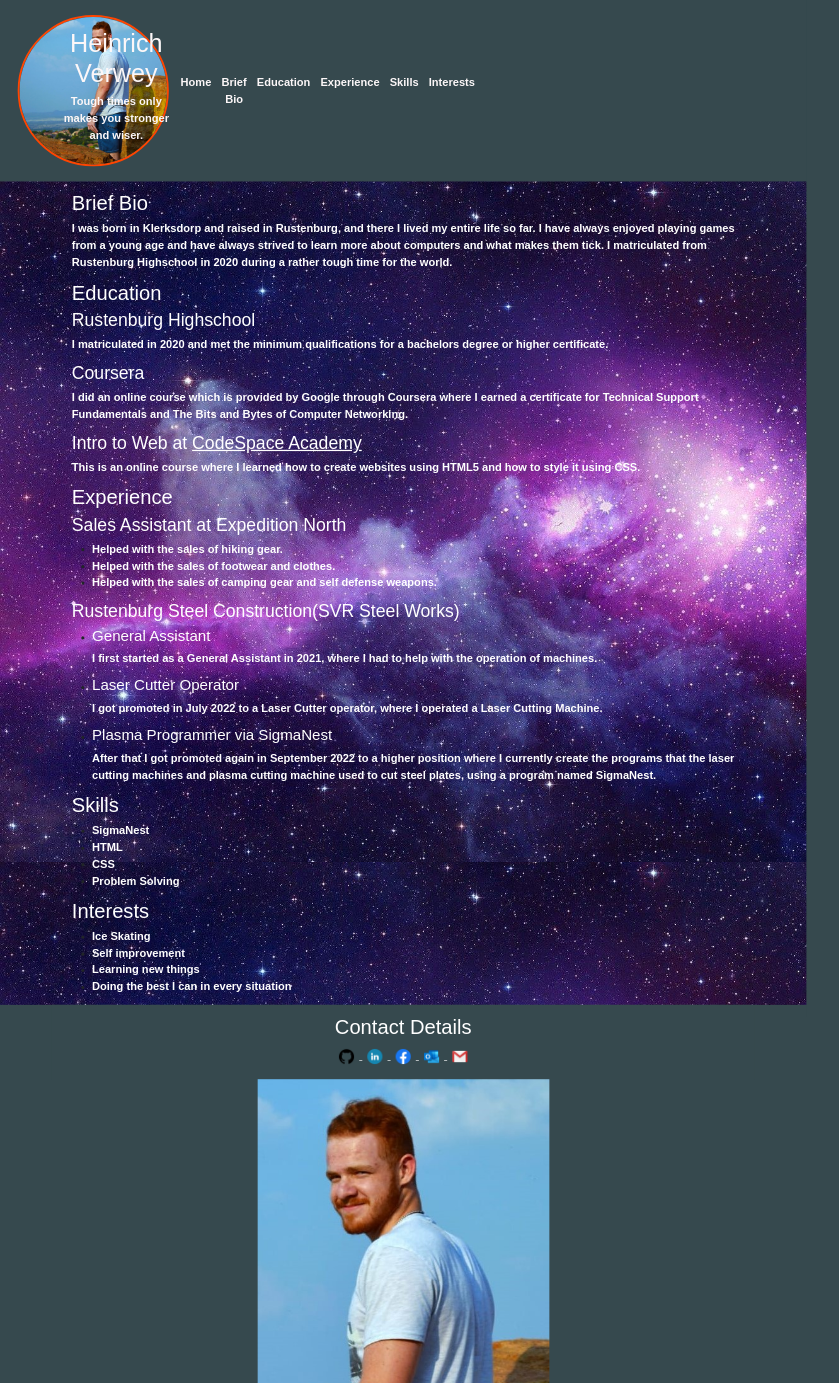
Repository: W3asl3y/IntroToWebDesign
Page: index.html
These files come from the project's save history. The page is drawn as it stood at one moment and after the next save; the edit follows.
The browser window is 1280 px wide. The page is 1280 px wide, then 1331 px, so the pictures cover 1331 px, including what lies to the right of the window. The pictures show the whole page, at 63% of full size.

Above is the page before, as saved 2022-12-09 15:29:11.

### index.html
<!DOCTYPE html>
<html lang="en">
    <head>
        <meta charset="UTF-8">
        <meta http-equiv="X-UA-Compatible" content="IE=edge">
        <meta name="viewport" content="width=device-width, initial-scale=1.0">

        <title>
            My Resume
        </title>

        <link rel="stylesheet" href="https://cdn.jsdelivr.net/npm/bootstrap@5.2.3/dist/css/bootstrap.min.css" integrity="sha384-rbsA2VBKQhggwzxH7pPCaAqO46MgnOM80zW1RWuH61DGLwZJEdK2Kadq2F9CUG65" crossorigin="anonymous">

        <link rel="stylesheet" type="text/css" href="css/stylesheet.css">

        <script src="https://cdn.jsdelivr.net/npm/bootstrap@5.2.3/dist/js/bootstrap.bundle.min.js" integrity="sha384-kenU1KFdBIe4zVF0s0G1M5b4hcpxyD9F7jL+jjXkk+Q2h455rYXK/7HAuoJl+0I4" crossorigin="anonymous"></script>

    </head>
    <body>
        <header id="heading">
            <div class="container-fluid text-center" style="padding: 0">
                <div class="row">

                        <div class="col-4">
                            <nav class="navbar navbar-expand-lg bg-transparent">
                                <div class="container-fluid">
                                    <div class="col-2">
                                        <a class="navbar-brand" href="#"><img id="profile_picture" src="images/Heinrich.jpg" alt="My profile picture" ></a>
                                    </div>
                                    <div class="col-6 text-center" >
                                        <h1>
                                            Heinrich Verwey
                                        </h1>

                                        <p>
                                            Tough times only makes you stronger and wiser.
                                        </p>
                                    </div>
                                    <button class="navbar-toggler" type="button" data-bs-toggle="collapse" data-bs-target="#navbarSupportedContent" aria-controls="navbarSupportedContent" aria-expanded="false" aria-label="Toggle navigation">
                                        <span class="navbar-toggler-icon"></span>
                                    </button>
                                    <div class="collapse navbar-collapse" id="navbarSupportedContent">
                                        <ul class="navbar-nav me-auto mb-2 mb-lg-0">
                                            <li class="nav-item">
                                                <a class="nav-link active" aria-current="page" href="#">Home</a>
                                            </li>
                                            <li class="nav-item">
                                                <a class="nav-link" href="#brief_bio"> Brief Bio </a>
                                            </li>
                                             <li class="nav-item dropdown">
                                                <a class="nav-link" href="#education"> Education </a>
                                             </li>

                                            <li class="nav-item">
                                                <a class="nav-link" href="#experience"> Experience </a>
                                            </li>
                                            <li class="nav-item">
                                                <a class="nav-link" href="#skills"> Skills </a>
                                            </li>
                                            <li class="nav-item">
                                                <a class="nav-link" href="#interests"> Interests </a>
                                            </li>
                                        </ul>
                                    </div>
                                </div>
                            </nav>
                        </div>
                </div>
            </div>
        </header>

        <div class="backgroundImage">

        <main>
            <div class="container" style="padding-top: 1rem">
                <div class="row">
                    <div class="col-12">
                        <article id="contents">
                            <h2 id="brief_bio">
                                Brief Bio
                            </h2>
                            <p>
                                I was born in Klerksdorp and raised in Rustenburg, and there I lived my entire life so far. I have always enjoyed playing games from a young age and have always strived to learn more about computers and what makes them tick. I matriculated from Rustenburg Highschool in 2020 during a rather tough time for the world.
                            </p>
                            <h2 id=education>
                                Education
                            </h2>
                            <h3>
                                Rustenburg Highschool
                            </h3>
                            <p>
                                I matriculated in 2020 and met the minimum qualifications for a bachelors degree or higher certificate.
                            </p>
                            <h3>
                                Coursera
                            </h3>
                            <p>
                                I did an online course which is provided by Google through Coursera where I earned a certificate for Technical Support Fundamentals and The Bits and Bytes of Computer Networking.
                            </p>
                            <h3>
                                Intro to Web at <a href="https://www.codespace.co.za/courses/frontend-web-development/">CodeSpace Academy</a>
                            </h3>
                            <p>
                                This is an online course where I learned how to create websites using HTML5 and how to style it using CSS.
                            </p>
                            </h3>
                            <h2 id="experience">
                                Experience
                            </h2>
                            <h3>
                                Sales Assistant at Expedition North
                            </h3>
                            <ul>
                                <li>
                                    Helped with the sales of hiking gear.
                                </li>
                                <li>
                                    Helped with the sales of footwear and clothes.
                                </li>
                                <li>
                                    Helped with the sales of camping gear and self defense weapons.
                                </li>
                            </ul>
                            <h3>
                                Rustenburg Steel Construction(SVR Steel Works)
                            </h3>
                            <ul>
                                <li>
                                    <h4>
                                        General Assistant
                                    </h4>
                                        <p>
                                            I first started as a General Assistant in 2021, where I had to help with the operation of machines.
                                        </p>
                                </li>
                                <li>
                                    <h4>
                                        Laser Cutter Operator
                                    </h4>
                                        <p>
                                            I got promoted in July 2022 to a Laser Cutter operator, where I operated a Laser Cutting Machine.
                                        </p>
                                </li>
                                <li>
                                    <h4>
                                        Plasma Programmer via SigmaNest
                                    </h4>
                                        <p>
                                            After that I got promoted again in September 2022 to a higher position where I currently create the programs that the laser cutting machines and plasma cutting machine used to cut steel plates, using a program named SigmaNest.
                                        </p>
                                </li>
                            </ul>
                            <h2 id="skills">
                                Skills
                            </h2>
                            <ul>
                                <li>
                                    SigmaNest
                                </li>
                                <li>
                                    HTML
                                </li>
                                <li>
                                    CSS
                                </li>
                                <li>
                                    Problem Solving
                                </li>
                            </ul>
                            <h2 id="interests">
                                Interests
                            </h2>
                            <ul>
                                <li>
                                    Ice Skating
                                </li>
                                <li>
                                    Self improvement
                                </li>
                                <li>
                                    Learning new things
                                </li>
                                <li>
                                    Doing the best I can in every situation
                                </li>
                            </ul>
                        </article>
                    </div>
                </div>
            </div>

        </main>

        </div>
        <div class="container text-center" >
            <footer class="footer">
                <h2>
                    Contact Details
                </h2>
                    <a href="https://github.com/W3asl3y" target="_blank">
                        <img class="my_contacts" src="Images\Github-22.png" alt="My Github">
                    </a>
                    <a href="https://www.linkedin.com/in/heinrich-verwey-1627a7205/" target="_blank">
                        <img class="my_contacts" src="Images\LinkedIn.webp" alt="My LinkedIn">
                    </a>
                    <a  href="https://www.facebook.com/heinrich.verwey.79/" target="_blank">
                        <img class="my_contacts" src="Images\Facebook.webp" alt=" My Facebook">
                    </a>
                    <a href="mailto:verwey41@outlook.com" target="_blank">
                        <img class="my_contacts" src="Images\Microsoft-Outlook-01.png" alt="My Outlook Email">
                    </a>
                    <a href="https://mail.google.com/mail/u/0/#inbox?compose=DmwnWrRpddMlNTSjFqkttlfhgGgSTqTdZwvhCZbHGPMFCZvZVTDvqlDvZQjtBGtGFFxcnhXPNVnl" target="_blank">
                        <img class="my_contacts" src="Images\Gmail.webp" alt="My Gmail Email">
                    </a>

            </footer>
        </div>

        <div class="pictureOfMe">
            <picture>
                <source media="(max-width: 650px)" srcset="Images\Heinrich-H.jpg">
                <source media="(max-width: 1400px)" srcset="Images\Heinrich-HS.jpg">
                <img src="Images\Heinrich.jpg" alt="It is a picture of me">
            </picture>
        </div>

    </body>
</html

### CSS/stylesheet.css
* { box-sizing: border-box }

body{
     font-family:sans-serif;
     font-size:110%;
     font-weight: bolder;
     background-color:  #36494e ;
     display: flex;
     flex-direction: column;
}

.backgroundImage {
     background-image: url("/images/background-image.jpg");
     background-size: auto;

}

main {
     display: flex;
     flex-direction: row;
     overflow: unset;
     -webkit-text-fill-color: white;
}

header {
     text-align: center;
    -webkit-text-fill-color: #FCF7F8;
     background-color: #36494e;
     padding: 1rem;
}



#profile_picture {
     width: 15rem;
     border-radius: 50%;
     border: 3px solid orangered;
}

.nav-menu {
     list-style: none;
     padding: 0%;
}

#contents {
     padding-left: 2rem;
     background-color: transparent;
     background-image: none;
}



a:link {
     color: blue;
}

a:visited {
     color: blue;
}

.my_contacts {
     width: 40px;
     padding: 0.5rem;
}



footer {
     background-color: #36494e;
     text-align: center;
     -webkit-text-fill-color: white;
     padding: 1rem;
     justify-content: center;
}


.pictureOfMe {
     align-self: center;
}

@media  screen and (max-width:600px){
     #sidebar {
          width: 30vw;
     }
     #contents {
          width: auto;
     }
     .backgroundImage {
          width: auto;
     }
}

@media screen and (max-width:1000px) {
     #sidebar {
          width: 30vw;
     }
     #contents {
          width: auto;
     }
     .backgroundImage {
          width: auto;
     }

}

@media screen and (min-width:1000px) {
     #sidebar {
          width: 30vw;
     }
     #contents {
          width: auto;
     }
     .backgroundImage {
          width: auto;
     }

}

After the next save:
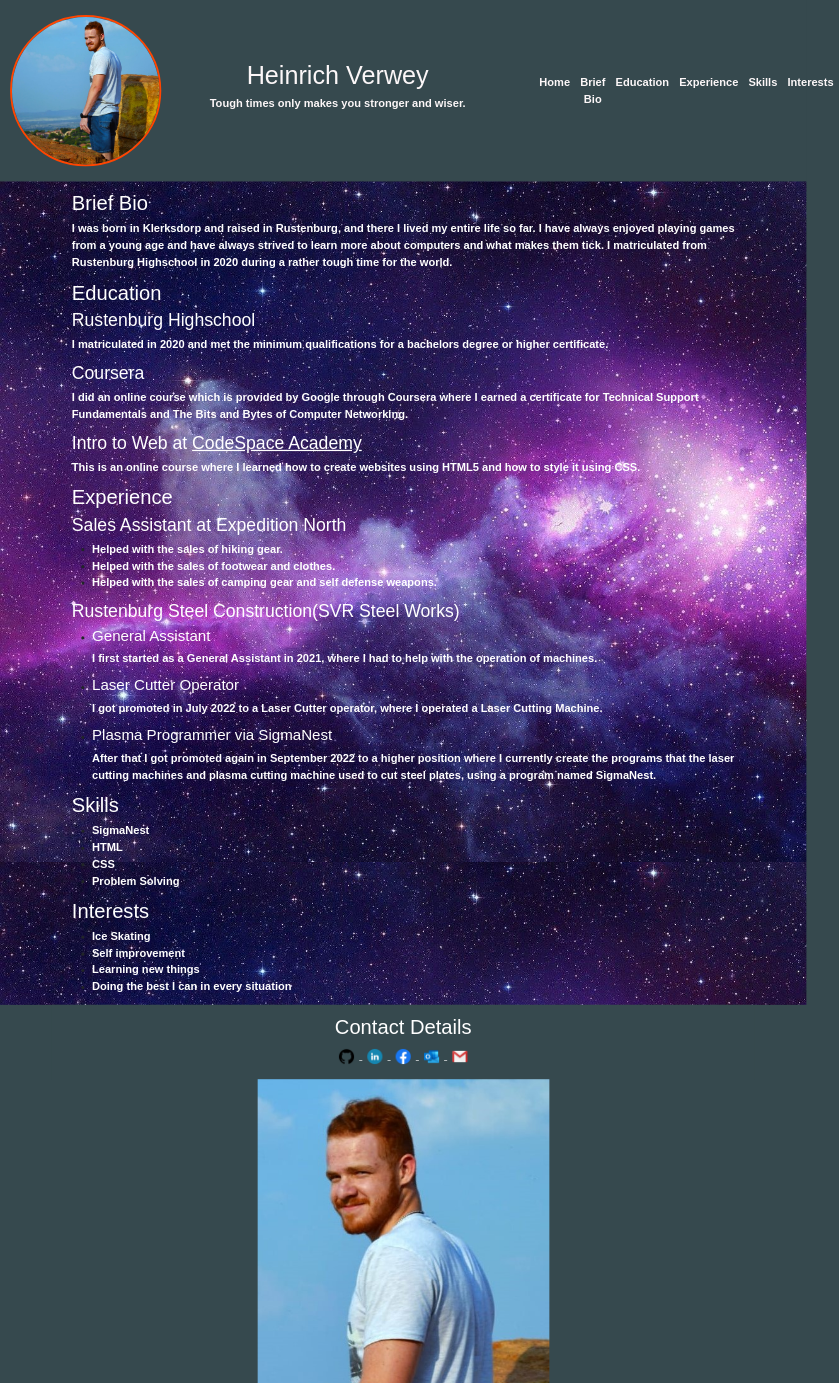
Saved 3 min 12 s later.
--- a/index.html
+++ b/index.html
@@ -20,51 +20,49 @@
         <header id="heading">
             <div class="container-fluid text-center" style="padding: 0">
                 <div class="row">
-
-                        <div class="col-4">
-                            <nav class="navbar navbar-expand-lg bg-transparent">
-                                <div class="container-fluid">
-                                    <div class="col-2">
-                                        <a class="navbar-brand" href="#"><img id="profile_picture" src="images/Heinrich.jpg" alt="My profile picture" ></a>
-                                    </div>
-                                    <div class="col-6 text-center" >
-                                        <h1>
-                                            Heinrich Verwey
-                                        </h1>
-
-                                        <p>
-                                            Tough times only makes you stronger and wiser.
-                                        </p>
-                                    </div>
-                                    <button class="navbar-toggler" type="button" data-bs-toggle="collapse" data-bs-target="#navbarSupportedContent" aria-controls="navbarSupportedContent" aria-expanded="false" aria-label="Toggle navigation">
-                                        <span class="navbar-toggler-icon"></span>
-                                    </button>
-                                    <div class="collapse navbar-collapse" id="navbarSupportedContent">
-                                        <ul class="navbar-nav me-auto mb-2 mb-lg-0">
-                                            <li class="nav-item">
-                                                <a class="nav-link active" aria-current="page" href="#">Home</a>
-                                            </li>
-                                            <li class="nav-item">
-                                                <a class="nav-link" href="#brief_bio"> Brief Bio </a>
-                                            </li>
-                                             <li class="nav-item dropdown">
-                                                <a class="nav-link" href="#education"> Education </a>
-                                             </li>
-
-                                            <li class="nav-item">
-                                                <a class="nav-link" href="#experience"> Experience </a>
-                                            </li>
-                                            <li class="nav-item">
-                                                <a class="nav-link" href="#skills"> Skills </a>
-                                            </li>
-                                            <li class="nav-item">
-                                                <a class="nav-link" href="#interests"> Interests </a>
-                                            </li>
-                                        </ul>
-                                    </div>
+                    <nav class="navbar navbar-expand-lg bg-transparent">
+                        <div class="container-fluid">
+                            <div class="col-2">
+                                 <a class="navbar-brand" href="#"><img id="profile_picture" src="images/Heinrich.jpg" alt="My profile picture" ></a>
+                            </div>
+                            <div class="col-6 text-center" >
+                                <h1>
+                                    Heinrich Verwey
+                                </h1>
+
+                                <p>
+                                    Tough times only makes you stronger and wiser.
+                                </p>
+                            </div>
+                            <div class="col-4">
+                                 <button class="navbar-toggler" type="button" data-bs-toggle="collapse" data-bs-target="#navbarSupportedContent" aria-controls="navbarSupportedContent" aria-expanded="false" aria-label="Toggle navigation">
+                                    <span class="navbar-toggler-icon"></span>
+                                </button>
+                                <div class="collapse navbar-collapse" id="navbarSupportedContent">
+                                    <ul class="navbar-nav me-auto mb-2 mb-lg-0">
+                                        <li class="nav-item">
+                                            <a class="nav-link active" aria-current="page" href="#">Home</a>
+                                        </li>
+                                        <li class="nav-item">
+                                            <a class="nav-link" href="#brief_bio"> Brief Bio </a>
+                                        </li>
+                                        <li class="nav-item dropdown">
+                                            <a class="nav-link" href="#education"> Education </a>
+                                        </li>
+                                        <li class="nav-item">
+                                            <a class="nav-link" href="#experience"> Experience </a>
+                                        </li>
+                                        <li class="nav-item">
+                                            <a class="nav-link" href="#skills"> Skills </a>
+                                        </li>
+                                        <li class="nav-item">
+                                             <a class="nav-link" href="#interests"> Interests </a>
+                                        </li>
+                                    </ul>
                                 </div>
-                            </nav>
+                            </div>
                         </div>
+                    </nav>
                 </div>
             </div>
         </header>
